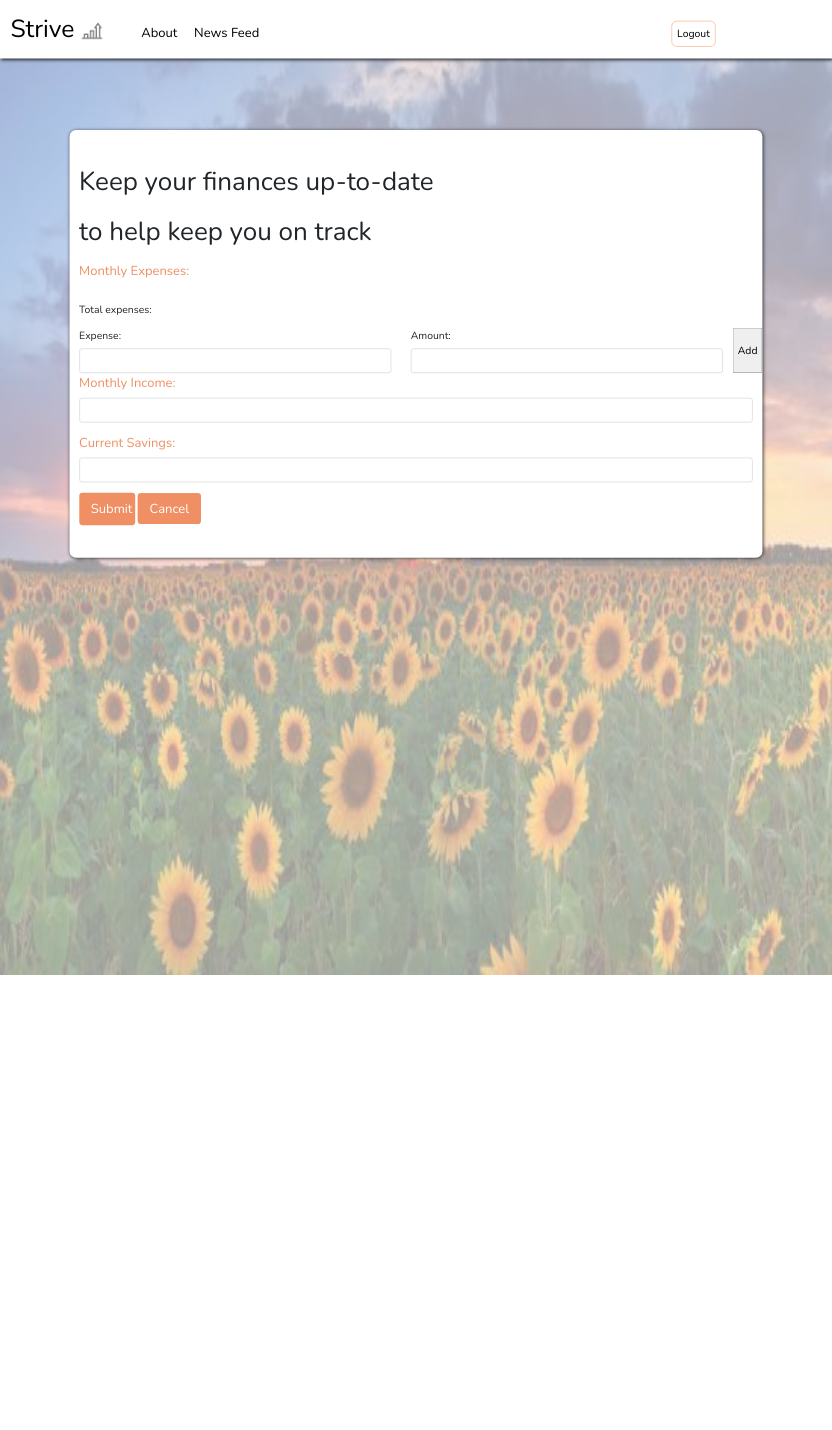
Repository: NoraOK/Strive
Page: http://localhost/strive/WEB-INF/strive/ie.jsp
The author's editor kept a copy of each file at every save. The page is drawn from the files as they stood at one save, then again after the next save.
The browser window is 1280 px wide. The pictures show the whole page, at 65% of full size.
The page is served by Tomcat 9. Nobody is signed in. Other server files are loaded and not shown. The template is opened directly, without the code that normally fills it, so the values that code supplies are empty.

Above is the page before, as saved 2019-12-20 18:28:41.

### strive/src/main/webapp/WEB-INF/strive/ie.jsp
<%@ page language="java" contentType="text/html; charset=UTF-8"
	pageEncoding="UTF-8"%>
<%@ taglib prefix="form" uri="http://www.springframework.org/tags/form"%>
<%@ taglib prefix="c" uri="http://java.sun.com/jsp/jstl/core"%>
<%@ taglib prefix = "fmt" uri = "http://java.sun.com/jsp/jstl/fmt" %>

<!DOCTYPE html>

<html>
<head>
<meta charset="UTF-8">
<title>Strive | Personal Finances</title>
	<link rel="stylesheet"
	href="https://stackpath.bootstrapcdn.com/bootstrap/4.3.1/css/bootstrap.min.css"
	integrity="sha384-ggOyR0iXCbMQv3Xipma34MD+dH/1fQ784/j6cY/iJTQUOhcWr7x9JvoRxT2MZw1T"
	crossorigin="anonymous">
	<link href="/css/ie.css" rel="stylesheet" type="text/css" />
	<link href="https://fonts.googleapis.com/css?family=Nunito:200,400,700&display=swap" rel="stylesheet">
</head>
<body>
	<div>
		<jsp:include page="header.jsp"/>
	</div>
	<div class="body">
		<img src="/images/flowers.jpg">
		<div class="container col-10 spotlight">
		<p class="h11">Keep your finances up-to-date</p>
		<p class="h11">to help keep you on track</p>
		<p class="label">Monthly Expenses:</p>
		<table class="table col-4">
			<tbody>

				<c:forEach items="${user.user_expenses}" var="userExpense">
					<tr>
					<td><c:out value="${userExpense.name}"/></td>
					<td><fmt:formatNumber value="${userExpense.amount}" type="currency"/></td>
					<td>
						<form action="/deleteUserExpense/${userExpense.id}" method="post">
							<input type="hidden" name="_method" value="delete">
							<input type="submit" value="Delete">
						</form>
					</td>
					</tr>
				</c:forEach>
			</tbody>
		</table>
		<p >Total expenses: <fmt:formatNumber value="${user.totalUserExpense}" type="currency"/></p>
		<form:form action="/addUserExpense" method="post" modelAttribute="userExpense" class="row">
			<form:hidden path="user" value="${user.id}"/>
			<div class="col">
				<form:label path="name" >Expense:</form:label>
				<form:input path="name" type="text" class="form-control"/>
			</div>
			<div class="col">
				<form:label path="amount">Amount:</form:label>
				<form:input path="amount" type="text" class="form-control"/>
			</div>
				<input type="submit" value="Add"/>
		</form:form>
		<form action="/strive/updateFinances" method="post">
			<p>
				<label class="label">Monthly Income: </label>
				<input name="currentIncome" type="number" class="form-control" />
			</p>
			<p>
				<label class="label">Current Savings: </label>
				<input name="currentBalance" type="number" class="form-control" />
			</p>

			<input class="button1 btn-lg col-1" type="submit" value="Submit" />
			<a class="button1 btn-lg" href="/home">Cancel</a>
		</form>
		</div>
	</div>
</body>
</html>

### strive/src/main/webapp/WEB-INF/strive/header.jsp
<%@ page language="java" contentType="text/html; charset=UTF-8"
    pageEncoding="UTF-8"%>
<%@ taglib prefix="c" uri="http://java.sun.com/jsp/jstl/core"%>

<!DOCTYPE html>
<html>
<head>
<meta charset="UTF-8">
<title>Insert title here</title>
	<link rel="stylesheet" href="https://stackpath.bootstrapcdn.com/bootstrap/4.3.1/css/bootstrap.min.css" integrity="sha384-ggOyR0iXCbMQv3Xipma34MD+dH/1fQ784/j6cY/iJTQUOhcWr7x9JvoRxT2MZw1T" crossorigin="anonymous">
	<link href="/css/header.css" rel="stylesheet" type="text/css"/>
	<link href="https://fonts.googleapis.com/css?family=Nunito&display=swap" rel="stylesheet">
</head>
<body>
	<header class="p-3">
		<div class="logo d-inline">
			<a class="d-inline strive" href="/">Strive <img class="header_img" src="/images/icon2.png" alt=""></a>
			<div class="d-inline links pl-5">
				<a class="d-inline link" href="">About</a>
				<a class="d-inline link pl-3" href="/feed">News Feed</a>
				<c:choose>
					<c:when test="${user.goals.size() > 0}">
						<a class="d-inline link pl-3" href="/allGoals">Your Goals</a>
					</c:when>
				</c:choose>
			</div>
		</div>
		<div class="buttons d-inline">
			<a href="/logout" class="logout_button">Logout</a>
		</div>
	</header>
</body>
</html>

### strive/src/main/resources/static/css/ie.css
.body {
	padding-top: 200px;
    position: relative;
    overflow: hidden;
    height: 2200px;
    font-family:'Nunito', sans-serif;

}

.body img {
	background-color: rgba(232,114,17,1.0);
    position: absolute;
    left: 0;
    top: 0;
    width: 100%;
    height: 1500px;
    opacity: 0.4;
}

.spotlight{
	background-color: white;
	border-radius: 10px;
	box-shadow: 1px 1px 6px;
	padding: 50px;
	padding-left: 50px;

}

.h11{
	font-size: 40px;
	font-weight: 200;

}

.label{
	color: #EF8F63;
	font-weight: 500;
	font-size: 20px;
}

.button1{
	border:2px solid #EF8F63 ;
	border-radius: 8px;
	background-color: #EF8F63;
 	padding: 12px 25px;
 	color: white;
 	width: 100%
}

.button1:hover{
	border:2px solid #F9AD86 ;
	border-radius: 8px;
	background-color: #F9AD86;
 	padding: 12px 25px;
 	color: white;
 	width: 100%

}

### strive/src/main/resources/static/css/header.css
header{
	box-shadow: 2px 2px 5px;
	height: 90px;
	z-index: 10;
    position: fixed;
    width: 100%;
    font-family:'Nunito', sans-serif;
    background-color: white;
}
.strive{
	text-decoration: none;
	color: black;
}

.logo{
	font-size: 38px;

}
.header_img{
	background-color: white;
	width: 35px;
	opacity: .5;
}

.button{
	font-size: 17px;
	color: black;
}

.link {
	font-size: 20px;
	color: black;
}

a:link {
  text-decoration: none;
}

a:visited {
  text-decoration: none;
}

a:hover {
  text-decoration: none;
}

.logout_button{
	border: solid 1.5px #F9AD86;
	border-radius: 8px;
	padding:  8px;
	color: black;
}

.logout_button:hover {
	background-color: #F9AD86;
	color: white;
}

.buttons{
	margin-left: 50%;
}

.home_button{
	color: black;
}

After the next save:
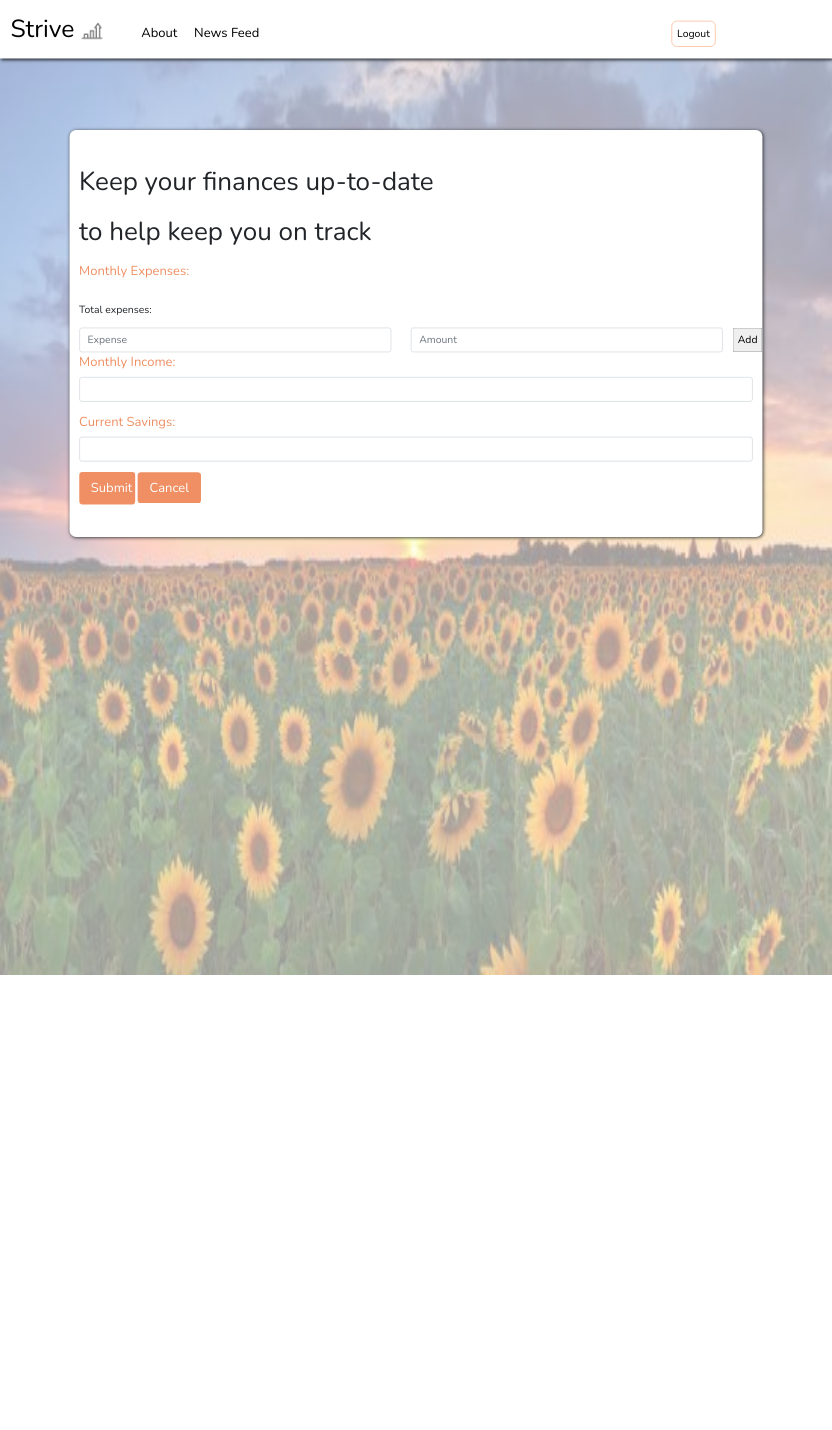
Saved 94 s later.
--- a/strive/src/main/webapp/WEB-INF/strive/ie.jsp
+++ b/strive/src/main/webapp/WEB-INF/strive/ie.jsp
@@ -48,12 +48,10 @@
 		<form:form action="/addUserExpense" method="post" modelAttribute="userExpense" class="row">
 			<form:hidden path="user" value="${user.id}"/>
 			<div class="col">
-				<form:label path="name" >Expense:</form:label>
-				<form:input path="name" type="text" class="form-control"/>
+				<form:input path="name" type="text" class="form-control" placeholder="Expense"/>
 			</div>
 			<div class="col">
-				<form:label path="amount">Amount:</form:label>
-				<form:input path="amount" type="text" class="form-control"/>
+				<form:input path="amount" type="text" class="form-control" placeholder="Amount"/>
 			</div>
 				<input type="submit" value="Add"/>
 		</form:form>
